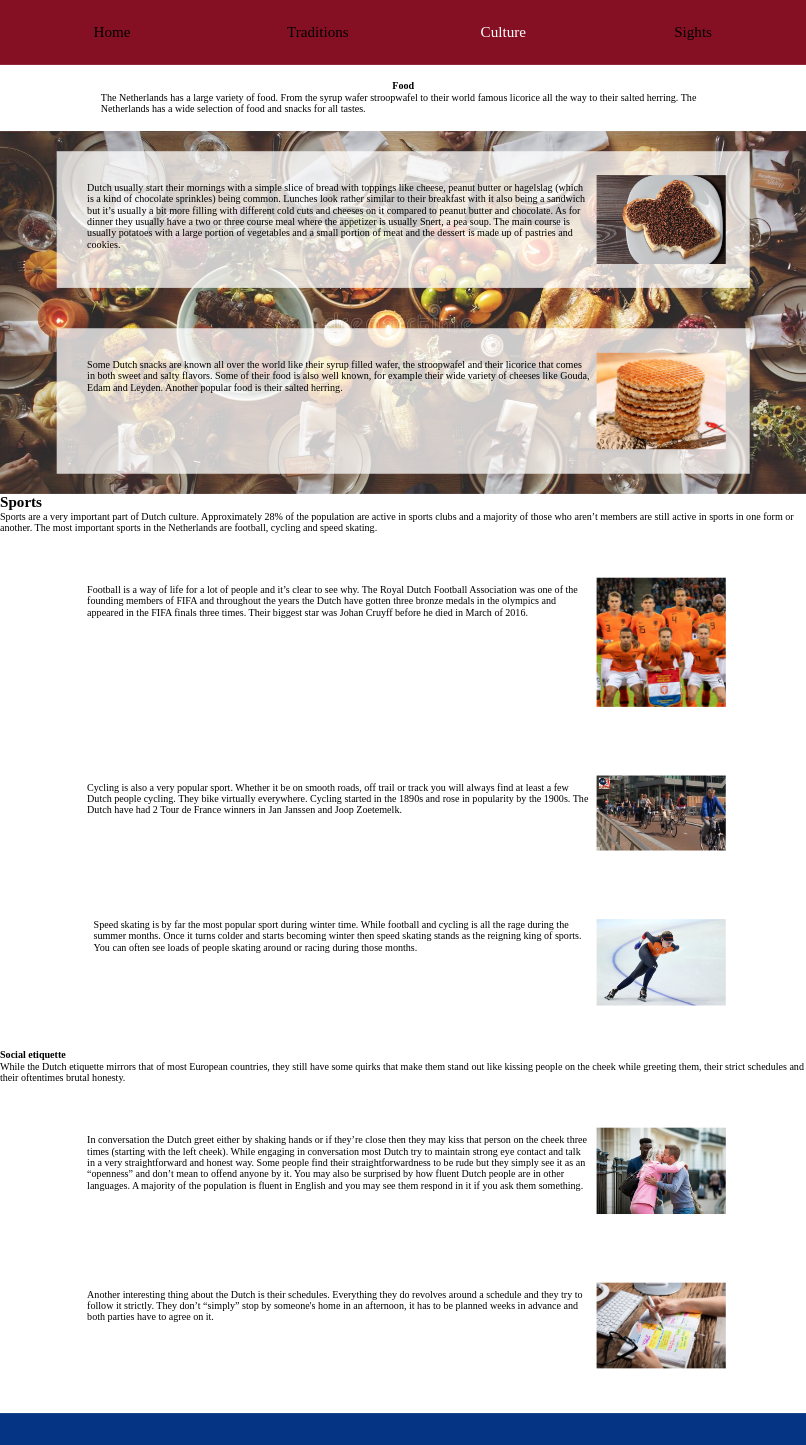
Repository: Cornman63/The-netherlands
Page: html/culture.html
These files come from the project's save history. The page is drawn as it stood at one moment and after a run of saves; the edit follows.
The browser window is 1280 px wide. The pictures show the whole page, at 63% of full size.

Above is the page before, as saved 2023-05-28 13:10:02.

### html/culture.html
<!DOCTYPE html>
<html lang="en">
<head>
    <meta charset="UTF-8">
    <meta http-equiv="X-UA-Compatible" content="IE=edge">
    <meta name="viewport" content="width=device-width, initial-scale=1.0">
    <title>Culture</title>
    <link rel="stylesheet" href="../CSS\style2.css">
</head>
<body>
<header>
    <div class="top">
        <div class="site"><a href="index.html" class="link">Home</a></div>
        <div class="site"><a href="traditions.html" class="link">Traditions</a></div>
        <div class="site"><a href="culture.html" style="color: white" class="link">Culture</a></div>
        <div class="site"><a href="sights.html" class="link">Sights</a></div>
    </div>
</header>

    <div class="text">
        <h4 id="foodh">Food</h4>
        <div class="food">
            <div class="stroopwafel">The Netherlands has a large variety of food. From the syrup wafer stroopwafel to their world famous licorice all the way to their salted herring. The Netherlands has a wide selection of food and snacks for all tastes. </div>
        </div>
        <div class="foodmain">
        <div class="item">
            <p class="par">Dutch usually start their mornings with a simple slice of bread with toppings like cheese, peanut butter or hagelslag (which is a kind of chocolate sprinkles) being common. Lunches look rather similar to their breakfast with it also being a sandwich but it’s usually a bit more filling with different cold cuts and cheeses on it compared to peanut butter and chocolate. As for dinner they usually have a two or three course meal where the appetizer is usually Snert, a pea soup. The main course is usually potatoes with a large portion of vegetables and a small portion of meat and the dessert is made up of pastries and cookies. </p>
            <img src="../images\hagelslag.jpg" alt="hagelslag" class="img">
        </div>
        <div class="item">
            <p class="par">Some Dutch snacks are known all over the world like their syrup filled wafer, the stroopwafel and their licorice that comes in both sweet and salty flavors. Some of their food is also well known, for example their wide variety of cheeses like Gouda, Edam and Leyden. Another popular food is their salted herring.</p>
            <img src="../images/stroopwafel.jpg" alt="stroopwafel" class="img">
        </div>
        </div>

        <div class="sportstart">
            <h2>Sports</h2>
            <p>Sports are a very important part of Dutch culture. Approximately 28% of the population are active in sports clubs and a majority of those who aren’t members are still active in sports in one form or another. The most important sports in the Netherlands are football, cycling and speed skating. </p>
        </div>
        <div class="sportmain">
            <div class="item">
            <p class="par">Football is a way of life for a lot of people and it’s clear to see why. The Royal Dutch Football Association was one of the founding members of FIFA and throughout the years the Dutch have gotten three bronze medals in the olympics and appeared in the FIFA finals three times. Their biggest star was Johan Cruyff before he died in March of 2016. </p>
            <img src="../images/football.jpg" alt="dutch football" class="img">
            </div>
            <div class="item">
                <p class="par">Cycling is also a very popular sport. Whether it be on smooth roads, off trail or track you will always find at least a few Dutch people cycling. They bike virtually everywhere. Cycling started in the 1890s and rose in popularity by the 1900s. The Dutch have had 2 Tour de France winners in Jan Janssen and Joop Zoetemelk.</p>
                <img src="../images/cycling.jpg" alt="cycling" class="img">
            </div>
            <div class="item">
                <p class="par"></p>Speed skating is by far the most popular sport during winter time. While football and cycling is all the rage during the summer months. Once it turns colder and starts becoming winter then speed skating stands as the reigning king of sports. You can often see loads of people skating around or racing during those months.</p>
                <img src="../images/skating.jpg" alt="skating" class="img">
            </div>
        </div>
        <div class="soceqstart">
            <h4>Social etiquette</h4>
            <p>While the Dutch etiquette mirrors that of most European countries, they still have some quirks that make them stand out like kissing people on the cheek while greeting them, their strict schedules and their oftentimes brutal honesty.</p>
        </div>
        <div class="soceqmain">
            <div class="item">
                <p class="par">In conversation the Dutch greet either by shaking hands or if they’re close then they may kiss that person on the cheek three times (starting with the left cheek). While engaging in conversation most Dutch try to maintain strong eye contact and talk in a very straightforward and honest way. Some people find their straightforwardness to be rude but they simply see it as an “openness” and don’t mean to offend anyone by it. You may also be surprised by how fluent Dutch people are in other languages. A majority of the population is fluent in English and you may see them respond in it if you ask them something.</p>
                <img src="../images/kiss.jpeg" alt="dutch kiss" class="img">
            </div>
            <div class="item">
                <p class="par">Another interesting thing about the Dutch is their schedules. Everything they do revolves around a schedule and they try to follow it strictly. They don’t “simply” stop by someone's home in an afternoon, it has to be planned weeks in advance and both parties have to agree on it.                </p>
                <img src="../images/schedule.webp" alt="schedule" class="img">
            </div>
        </div>
    </div>

<footer>
    <div class="bottom">

    </div>
</footer>

</body>
</html>

### CSS/style2.css
header{
    background-color: #861023;
    width: 100%;
}

footer{
    background-color: #053484;
    width: 100%;
}

.top, .bottom {
    display: flex;
    flex-direction: row;
    justify-content: center;
    align-content: center;
    margin: auto;
    padding: 2%;
    font-size: 150%;
}
.site {
    display: flex;
    border: 1%;
    margin: 1%;
    margin-left: 10%;
    align-content: center;
    width: 90%;
}

.link{
    text-decoration: none;
}
.link:link {
    color:black;
}
.link:visited {
    color:black;
}
.link:hover {
    color:white;
}
.foodmain {
    display: flex;
    flex-direction: column;
    background-image: url(../images/dinner2.png);
    background-size: cover;
    border: 5%;
    overflow: hidden;
}
.food,#foodh {
    margin: auto;
}
#foodh {
    justify-content: center;
    align-content:center;
    margin-top: 2%;
    text-align: center;
}
.food {
    margin-bottom: 2%;
}
.item{
    max-width: 80%;
    margin: auto;
    display: flex;
    flex-direction: row;
    padding: 3%;
    background-color: rgba(255,255,255,0.75);
    border:5%;
    margin-top: 2.5%;
    margin-bottom: 2.5%;
}
.img {
    width: 20%;
    height: 20%;
    display: flex;
    flex-direction: row;
}
.par {
    padding: 1%;
}
* {
    margin:0;
}
.stroopwafel {
    width: 75%;
    margin: auto;
}

After the next 2 saves:
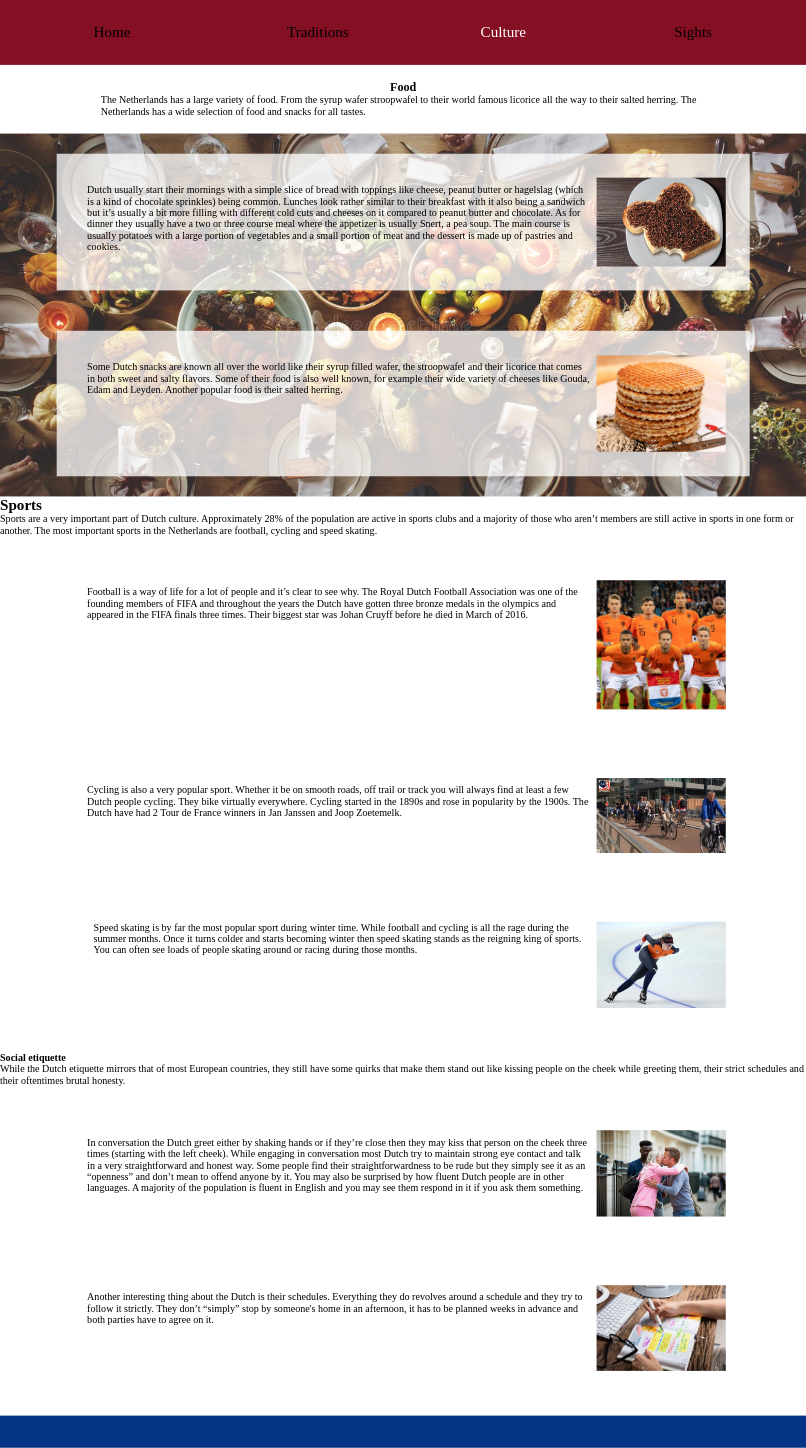
The 2 saves are shown as one change because they came seconds apart.
The last was saved 20 s later.
--- a/CSS/style2.css
+++ b/CSS/style2.css
@@ -54,6 +54,7 @@
     align-content:center;
     margin-top: 2%;
     text-align: center;
+    font-size: larger;
 }
 .food {
     margin-bottom: 2%;

After the 2 saves that followed:
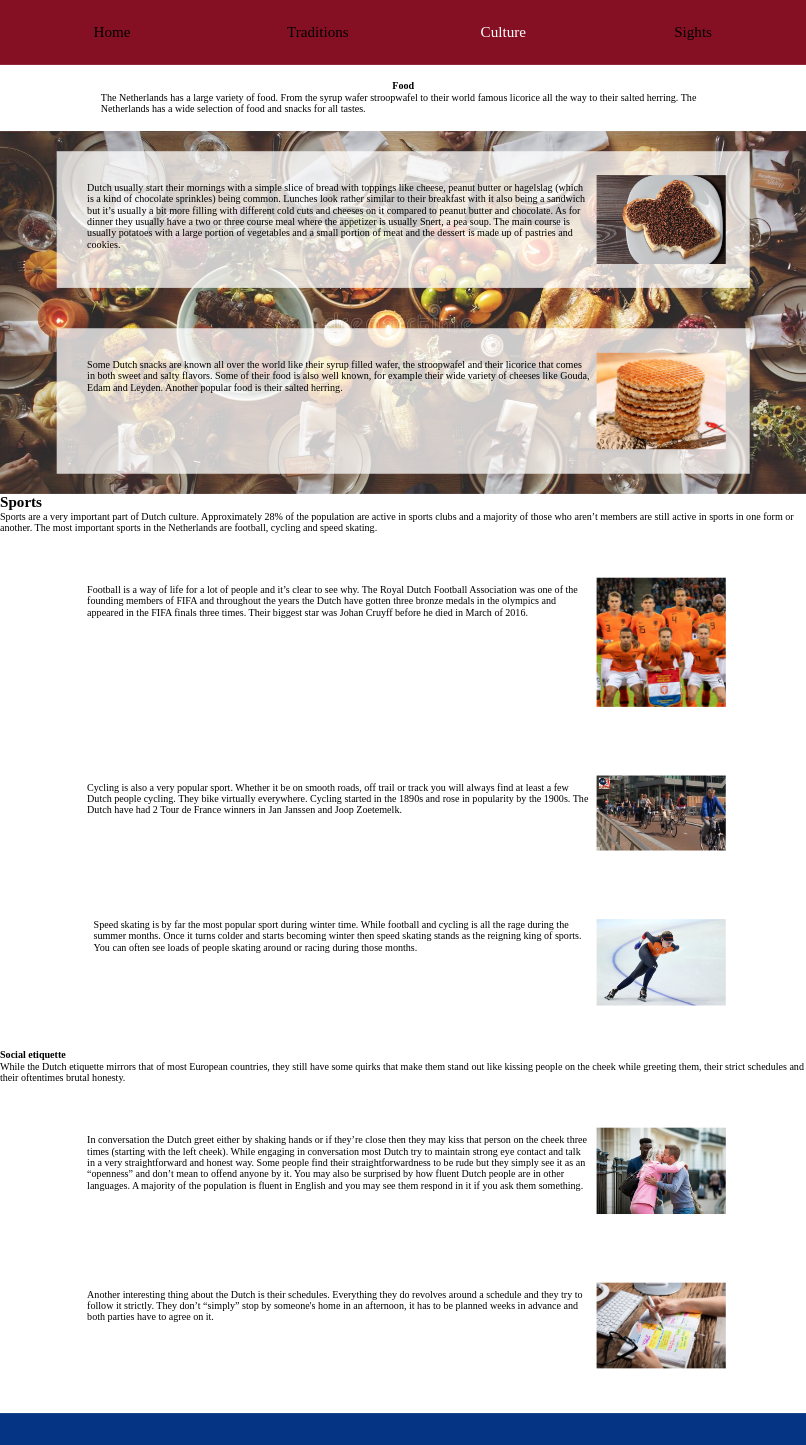
The 2 saves are shown as one change because they came seconds apart.
The last was saved 7 s later.
--- a/CSS/style2.css
+++ b/CSS/style2.css
@@ -54,7 +54,7 @@
     align-content:center;
     margin-top: 2%;
     text-align: center;
-    font-size: larger;
+    font-size: 100;
 }
 .food {
     margin-bottom: 2%;
